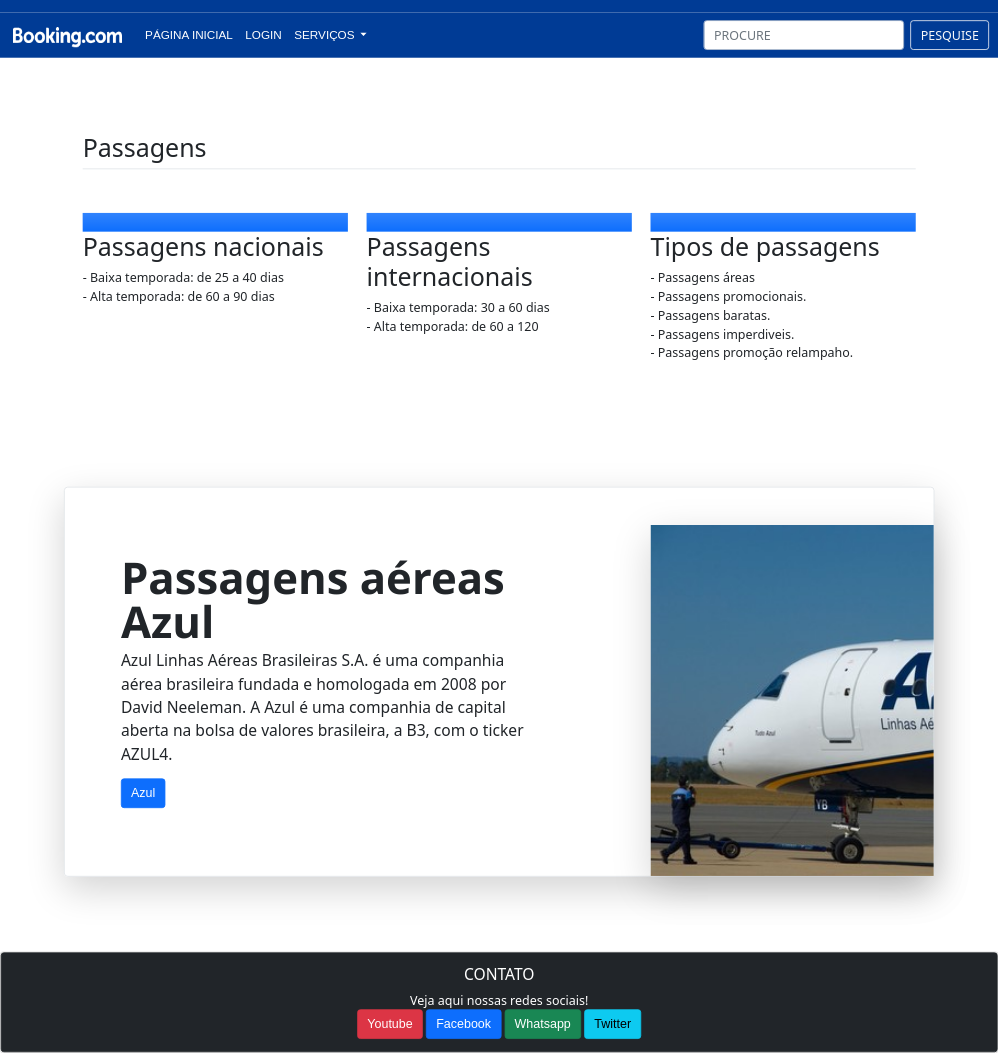
Repository: AnaLuizaDias/INB0243-
Page: faq.html
An editor plug-in stored every save of this project. The page is shown before and after the next save, followed by the edit.
The browser window is 1280 px wide. The pictures show the whole page, at 78% of full size.

Above is the page before, as saved 2023-10-25 16:17:19.

After the next save:
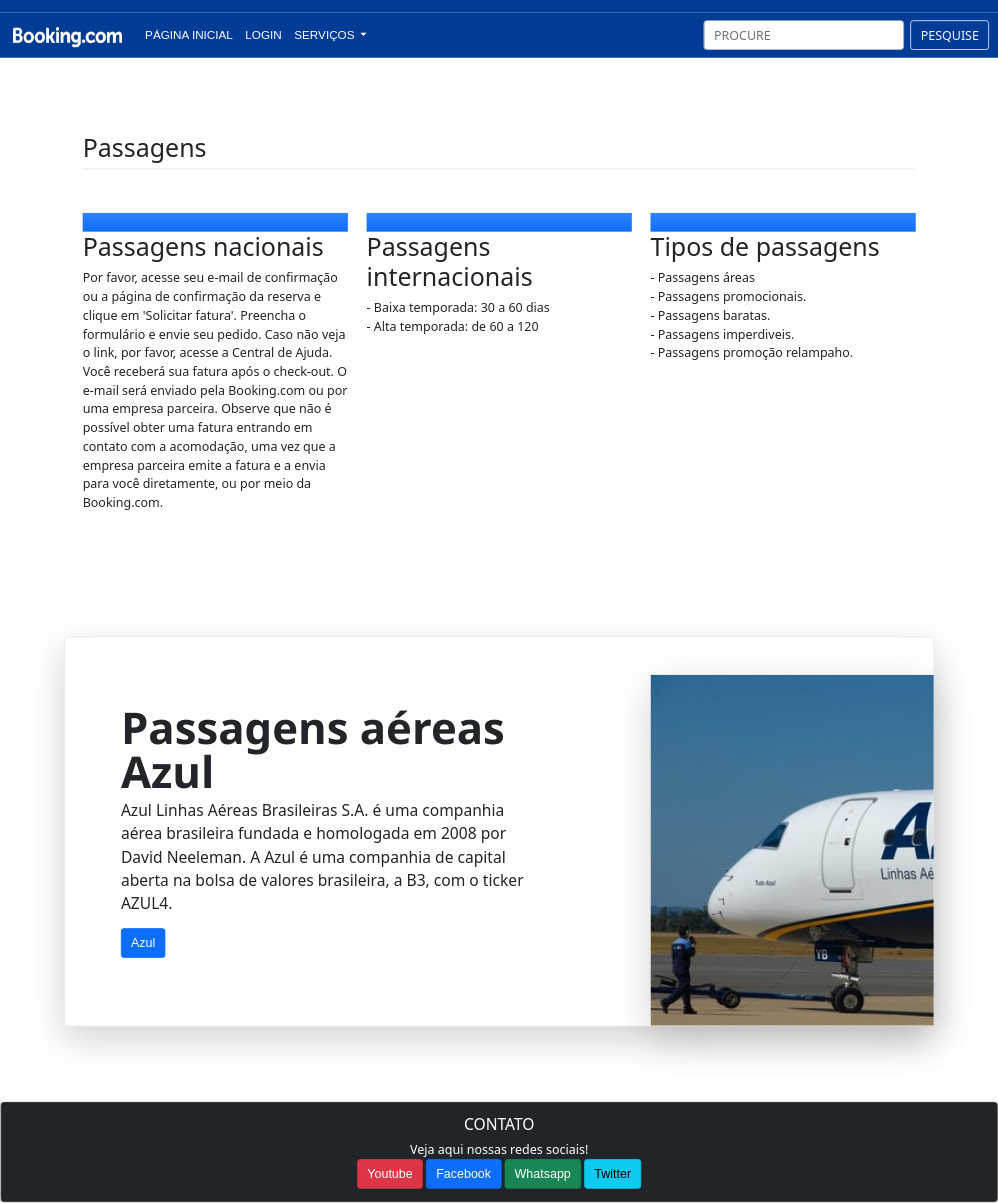
Saved 33 s later.
--- a/faq.html
+++ b/faq.html
@@ -76,7 +76,11 @@
             <svg class="bi" width="1em" height="1em"><use xlink:href="#collection"/></svg>
           </div>
           <h2>Passagens nacionais</h2>
-          <p> - Baixa temporada: de 25 a 40 dias <br> - Alta temporada: de 60 a 90 dias</p>
+          <p> Por favor, acesse seu e-mail de confirmação ou a página de confirmação da reserva e clique em 'Solicitar fatura'. Preencha o formulário e envie seu pedido. Caso não veja o link, por favor, acesse a Central de Ajuda.
+
+            Você receberá sua fatura após o check-out. O e-mail será enviado pela Booking.com ou por uma empresa parceira.
+
+            Observe que não é possível obter uma fatura entrando em contato com a acomodação, uma vez que a empresa parceira emite a fatura e a envia para você diretamente, ou por meio da Booking.com.</p>
         </div>
         <div class="feature col">
           <div class="feature-icon bg-primary bg-gradient">
